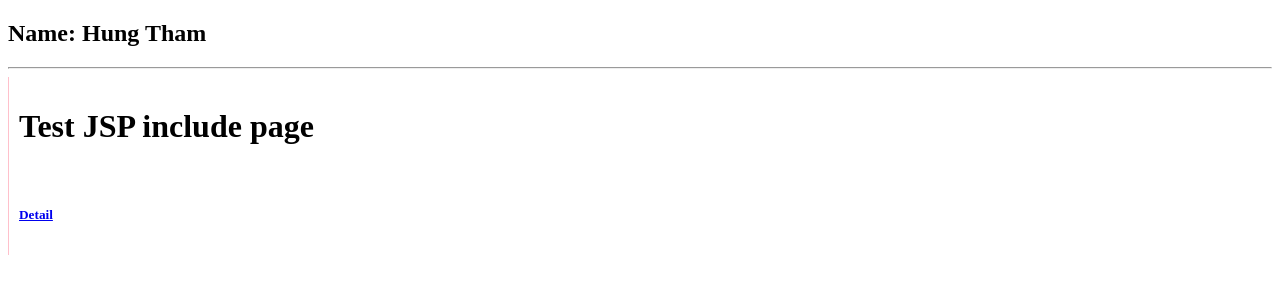
Repository: hunggtham/First-Jsp-and-Servlet-Project
Page: http://localhost/5JspInclude/Home.jsp
The author's editor kept a copy of each file at every save. The page is drawn from the files as they stood at one save, then again after the next save.
The browser window is 1280 px wide. The pictures show the whole page.
The page is served by Tomcat 9.

Above is the page before, as saved 2022-07-24 10:23:32.

After the next save:
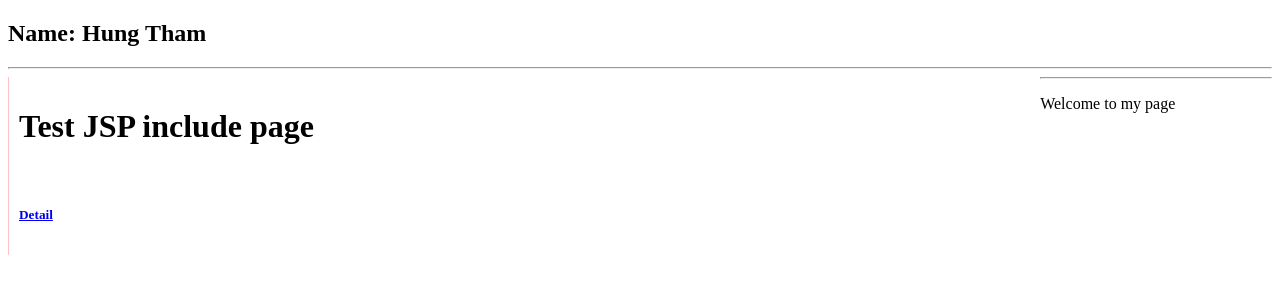
Saved 38 s later.
--- a/5JspInclude/src/main/webapp/Home.jsp
+++ b/5JspInclude/src/main/webapp/Home.jsp
@@ -1,5 +1,5 @@
 <%@ page language="java" contentType="text/html; charset=UTF-8"
-    pageEncoding="UTF-8"%>
+	pageEncoding="UTF-8"%>
 <!DOCTYPE html>
 <html>
 <head>
@@ -8,10 +8,15 @@
 </head>
 <body>
 	<jsp:include page="Header.jsp"></jsp:include>
-	<div style = "float:left; padding: 10px;width: 80%; border-left:1px solid pink">
+	<div
+		style="float: left; padding: 10px; width: 80%; border-left: 1px solid pink">
 		<h1>Test JSP include page</h1>
-		<br>
-		<h5> <a href = "Detail.jsp">Detail</a></h5>
-		</div>
+		<br/>
+		<h5>
+			<a href="Detail.jsp">Detail</a>
+		</h5>
+	</div>
+	<jsp:include page="Footer.jsp"></jsp:include>
+
 </body>
 </html>
